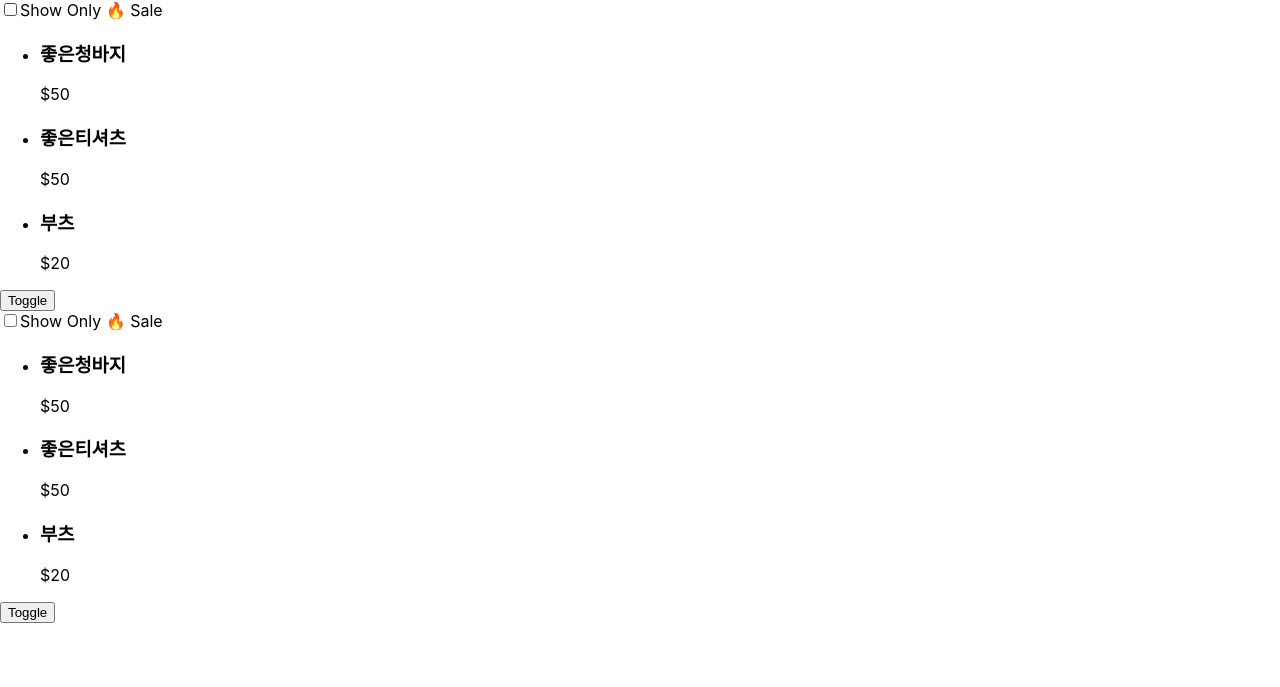
Repository: ggandory/query-ellie
Page: /
An editor plug-in stored every save of this project. The page is shown before and after the next save, followed by the edit.
The browser window is 1280 px wide. The pictures show the whole page.
The project was rebuilt for these pictures with package versions that can differ from the ones it lists, and the page was loaded fresh each time. Some packages were replaced by stand-ins written for this rebuild. Also part of the build but not shown: src/App.css.

Above is the page before, as saved 2024-09-01 16:12:49.

After the next save:
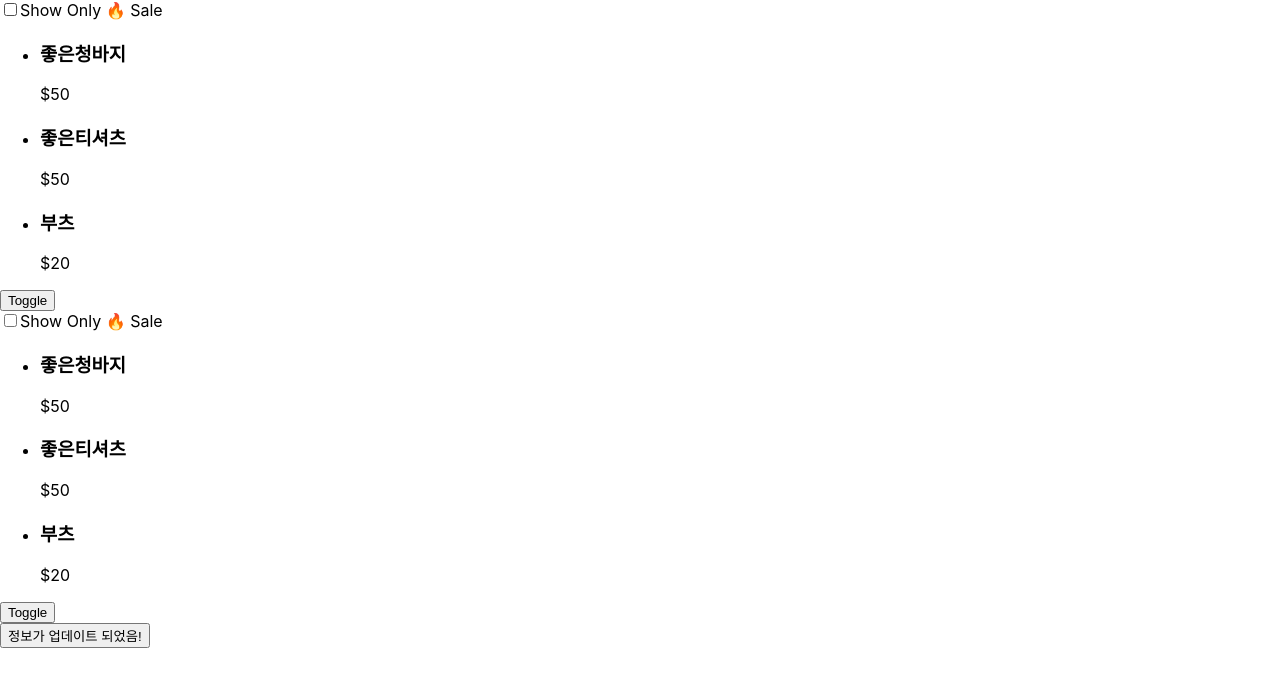
Saved 4 min 5 s later.
--- a/src/components/MainProducts.jsx
+++ b/src/components/MainProducts.jsx
@@ -1,11 +1,13 @@
-import React, { useState } from 'react';
-import Products from './Products';
+import React, { useState } from "react";
+import Products from "./Products";
+import { useQueryClient } from "@tanstack/react-query";
 
 export default function MainProducts() {
   const [showLeftProducts, setShowLeftProducts] = useState(true);
   const [showRightProducts, setShowRightProducts] = useState(true);
+  const client = useQueryClient();
   return (
-    <main className='container'>
+    <main className="container">
       <div>
         {showLeftProducts && <Products />}
         <button onClick={() => setShowLeftProducts((show) => !show)}>
@@ -18,6 +20,13 @@ export default function MainProducts() {
           Toggle
         </button>
       </div>
+      <button
+        onClick={() => {
+          client.invalidateQueries(["products", false]);
+        }}
+      >
+        정보가 업데이트 되었음!
+      </button>
     </main>
   );
 }
